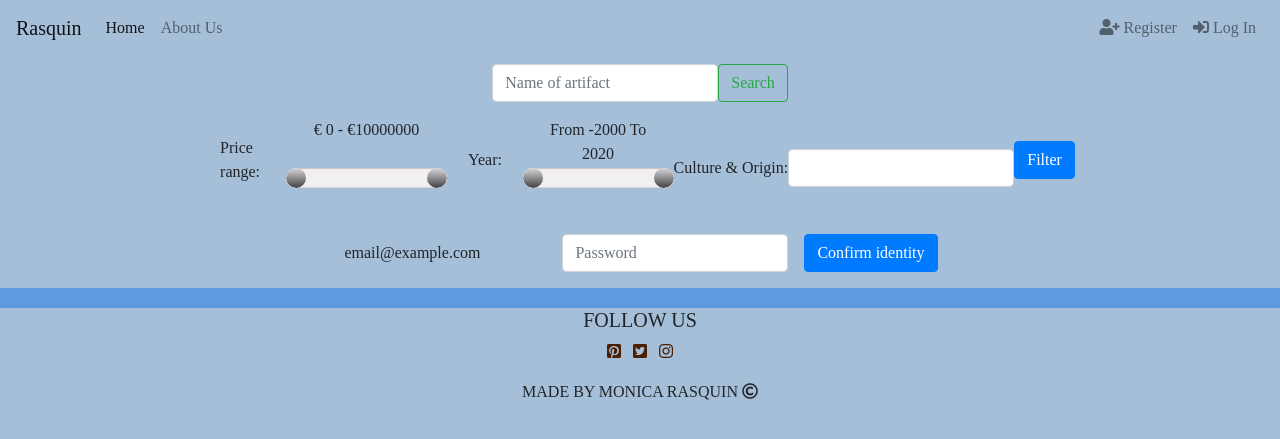
Repository: Rasquin/auction
Page: templates/base.html
The author's editor kept a record of every edit. The page is drawn from the files as they stood at one moment, then again after the next edit.
The browser window is 1280 px wide. The pictures show the whole page.
The template is drawn by Django 2.2. The application's start-up code is not run. Other server files are loaded and not shown. The template is opened directly, without the code that normally fills it, so the values that code supplies are empty.

Above is the page before.

### templates/base.html
<!DOCTYPE html>

{% load staticfiles %}

<html lang="en">

<head>
    <meta charset="UTF-8">
    <meta name="viewport" content="width=device-width, initial-scale=1.0">
    <meta http-equiv="X-UA-Compatible" content="ie=edge">

    <!-- Bootstrap compiled and minified CSS -->
    <link rel="stylesheet" href="https://stackpath.bootstrapcdn.com/bootstrap/4.3.1/css/bootstrap.min.css" integrity="sha384-ggOyR0iXCbMQv3Xipma34MD+dH/1fQ784/j6cY/iJTQUOhcWr7x9JvoRxT2MZw1T" crossorigin="anonymous">

    <!-- Font Awesome compiled and minified CSS -->
    <link rel="stylesheet" href="{% static 'font-awesome/css/all.css' %}">



    <!-- Own CSS -->
    <link rel="stylesheet" href="{% static 'css/mystyle.css' %}" type="text/css" />


    <!-- Own Scripts -->
    <script type="text/javascript" src="{% static 'js/myscript.js' %}"></script>

    <title>{% block page_title %}{% endblock %}</title>

</head>


<body>
    <!-- NavBar area -->
    <nav class="navbar navbar-expand-lg navbar-light bg-light">
        <!-- NavBar Brand-->
        <a class="navbar-brand" href="#">Rasquin</a>
        <button class="navbar-toggler" type="button" data-toggle="collapse" data-target="#navbarSupportedContent" aria-controls="navbarSupportedContent" aria-expanded="false" aria-label="Toggle navigation">
            <span class="navbar-toggler-icon"></span>
        </button>

        <div class="collapse navbar-collapse" id="navbarSupportedContent">
            <!-- NavBar Home & ABout-->
            <ul class="navbar-nav mr-auto">
                <li class="nav-item active">
                    <a class="nav-link" href="{% url 'index' %}">Home <span class="sr-only">(current)</span></a>
                </li>
                <li class="nav-item">
                    <a class="nav-link" href="{% url 'about' %}">About Us</a>
                </li>

            </ul>
            <!-- NavBar User status-->
            <ul class="navbar-nav navbar-right">
                    {% if user.is_authenticated %}
                        <li class="nav-item">
                            <a class="nav-link" href="{% url 'profile' %}"><i class="fa fa-user"></i> Profile</a>
                        </li>
                        <li class="nav-item">
                            <a class="nav-link" href="{% url 'logout' %}"><i class="fa fa-sign-out-alt"></i> Log Out</a>
                        </li>
                        <li class="nav-item">
                            <a class="nav-link" href="{% url 'view_my_biddings' %}"><i class="fas fa-gavel"></i>My Biddings </a>
                        </li>
                    {%  else %}
                        <li class="nav-item">
                            <a class="nav-link" href="{% url 'register' %}"><i class="fa fa-user-plus"></i> Register</a>
                        </li>
                        <li class="nav-item">
                            <a class="nav-link" href="{% url 'login' %}"><i class="fa fa-sign-in-alt"></i> Log In</a>
                        </li>
                    {% endif %}
                </ul>
        </div>
    </nav>

    <!-- Search & Filter area -->

    <!-- Search -->
    <nav class="navbar navbar-light bg-light justify-content-center">
        <form action="{% url 'search_by_name' %}" method="get" class="form-inline ">
            {% csrf_token %}
            <input type="text" class="form-control" id="artifact_name" name="artifact_name" required placeholder="Name of artifact">
            <button class="btn btn-outline-success  my-2 my-sm-0" type="search">Search</button>
        </form>
    </nav>


    <!-- Filters -->

    <nav class="navbar navbar-light bg-light justify-content-center">
        <form action="{% url 'filters' %}" method="get" class="form-inline">
            {% csrf_token %}
            <!-- Price Filter -->
            <div class="form-group" >
                <div class="col-12 col-md-4">
                    <p><label for="amount">Price range:</label></p>
                </div>
                <div class="col-12 col-md-8">
                    <section class="range-slider-price range-slider">
                        <span class="rangePriceValues rangeValues"></span>
                        <input value="0" min="0" max="10000000" step="2000" type="range" name="min_price">
                        <input value="10000000" min="0" max="10000000" step="2000" type="range" name="max_price">
                    </section>
                </div>
            </div>
            <!-- Year Filter -->
            <div class="form-group" >
                <div class="col-12 col-md-4">
                    <p><label for="amount">Year:</label></p>
                </div>
                <div class="col-12 col-md-8">
                    <section class="range-slider-year range-slider">

                        <span class="rangeYearValues"></span>
                        <input value="-2000" min="-2000" max="2020" step="20" type="range" name="min_year">
                        <input value="2020" min="-2000" max="2020" step="20" type="range" name="max_year">
                    </section>
                </div>
            </div>
            <!-- Origin Filter -->
            <div class="form-group" >

                    <label for="origin">Culture & Origin:</label>


                    <input type="text" class="form-control" id="artifact_origin" name="artifact_origin">

            </div>
            <!-- Filter Button -->
            <div class="form-group">
                <div class="row">
                    <div class="col-12 col-lg-1">
                        <p class="text-center">
                            <button class="btn btn-primary" type="search">Filter</button>
                        </p>
                    </div>
                </div>
            </div>

        </form>
    </nav>

    <nav class="navbar navbar-light bg-light justify-content-center">    <form class="form-inline">
            <div class="form-group mb-2">
                <label for="staticEmail2" class="sr-only">Email</label>
                <input type="text" readonly class="form-control-plaintext" id="staticEmail2" value="email@example.com">
            </div>
            <div class="form-group mx-sm-3 mb-2">
                <label for="inputPassword2" class="sr-only">Password</label>
                <input type="password" class="form-control" id="inputPassword2" placeholder="Password">
            </div>
            <button type="submit" class="btn btn-primary mb-2">Confirm identity</button>
        </form>
   </nav>

    {% block filter %}{% endblock %}

    <!-- Messages area -->
{% if messages %}
<div class="alert alert-success">
        <div class="messages">
            {% for message in messages %}
                {{ message }}
            {% endfor %}
        </div>
    </div>
{% endif %}

    <!-- Content area -->
    <div class="container-general">

        <!-- Block content area -->
        <div class="container-fluid">
            {% block content %} {% endblock %}
        </div>

    </div>

    <!-- Footer area -->
    <footer class="container-fluid">


        <!-- SOCIAL MEDIA-->
        <div class="row ">
            <div class="col-12 text-center">
                <h5 class="text-uppercase">Follow Us</h5>
                <ul class="list-inline social-links">
                    <li class="list-inline-item"><a href="#"><i class="fab fa-pinterest-square"  aria-hidden="true"></i></a></li>
                    <li class="list-inline-item"><a href="#"><i class="fab fa-twitter-square" aria-hidden="true"></i></a></li>
                    <li class="list-inline-item"><a href="#"><i class="fab fa-instagram" aria-hidden="true"></i></a></li>
                </ul>
            </div>
        </div>

        <!--COPYRIGHT-->
        <div class="row ">
            <div class="col-12">

                <p class="text-center text-uppercase">Made by Monica Rasquin <i class="far fa-copyright"></i> </p>
            </div>
        </div>
    </footer>


    <!-- Bootstrap compiled and minified JavaScript -->
    <script src="https://code.jquery.com/jquery-3.3.1.slim.min.js" integrity="sha384-q8i/X+965DzO0rT7abK41JStQIAqVgRVzpbzo5smXKp4YfRvH+8abtTE1Pi6jizo" crossorigin="anonymous"></script>
    <script src="https://cdnjs.cloudflare.com/ajax/libs/popper.js/1.14.7/umd/popper.min.js" integrity="sha384-UO2eT0CpHqdSJQ6hJty5KVphtPhzWj9WO1clHTMGa3JDZwrnQq4sF86dIHNDz0W1" crossorigin="anonymous"></script>
    <script src="https://stackpath.bootstrapcdn.com/bootstrap/4.3.1/js/bootstrap.min.js" integrity="sha384-JjSmVgyd0p3pXB1rRibZUAYoIIy6OrQ6VrjIEaFf/nJGzIxFDsf4x0xIM+B07jRM" crossorigin="anonymous"></script>
    {% block head_js %} {% endblock %}

</body>
</html>

### static/js/myscript.js
//--------------------------------------Slider for Prices filter
function getPriceVals() {
    // Get slider price values
    var parent = this.parentNode;
    var slides = parent.getElementsByTagName("input");
    var slide1 = parseFloat(slides[0].value);
    var slide2 = parseFloat(slides[1].value);
    // Neither slider will clip the other, so make sure we determine which is larger
    if (slide1 > slide2) { var tmp = slide2;
        slide2 = slide1;
        slide1 = tmp; }

    var displayElement = parent.getElementsByClassName("rangePriceValues")[0];
    displayElement.innerHTML = "€ " + slide1 + " - €" + slide2;
}

//--------------------------------------Slider for Year filter
function getYearVals() {
    // Get Year slider values
    var parent = this.parentNode;
    var slides = parent.getElementsByTagName("input");
    var slide1 = parseFloat(slides[0].value);
    var slide2 = parseFloat(slides[1].value);
    // Neither slider will clip the other, so make sure we determine which is larger
    if (slide1 > slide2) { var tmp = slide2;
        slide2 = slide1;
        slide1 = tmp; }

    var displayElement = parent.getElementsByClassName("rangeYearValues")[0];
    displayElement.innerHTML = "From " + slide1 + " To " + slide2;
}

//----------------------------------------------- Initialize Sliders
window.onload = function() {
    // For Price
    var sliderSectionsPrice = document.getElementsByClassName("range-slider-price");
    for (var x = 0; x < sliderSectionsPrice.length; x++) {
        var slidersPrice = sliderSectionsPrice[x].getElementsByTagName("input");
        for (var y = 0; y < slidersPrice.length; y++) {
            if (slidersPrice[y].type === "range") {
                slidersPrice[y].oninput = getPriceVals;
                // Manually trigger event first time to display values
                slidersPrice[y].oninput();
            }
        }
    }
    // For Year
    var sliderSectionsYear = document.getElementsByClassName("range-slider-year");
    for (var x = 0; x < sliderSectionsYear.length; x++) {
        var slidersYear = sliderSectionsYear[x].getElementsByTagName("input");
        for (var y = 0; y < slidersYear.length; y++) {
            if (slidersYear[y].type === "range") {
                slidersYear[y].oninput = getYearVals;
                // Manually trigger event first time to display values
                slidersYear[y].oninput();
            }
        }
    }
}

Loaded but not shown: static/font-awesome/css/all.css (library); static/css/mystyle.css (common file)

After the next edit:
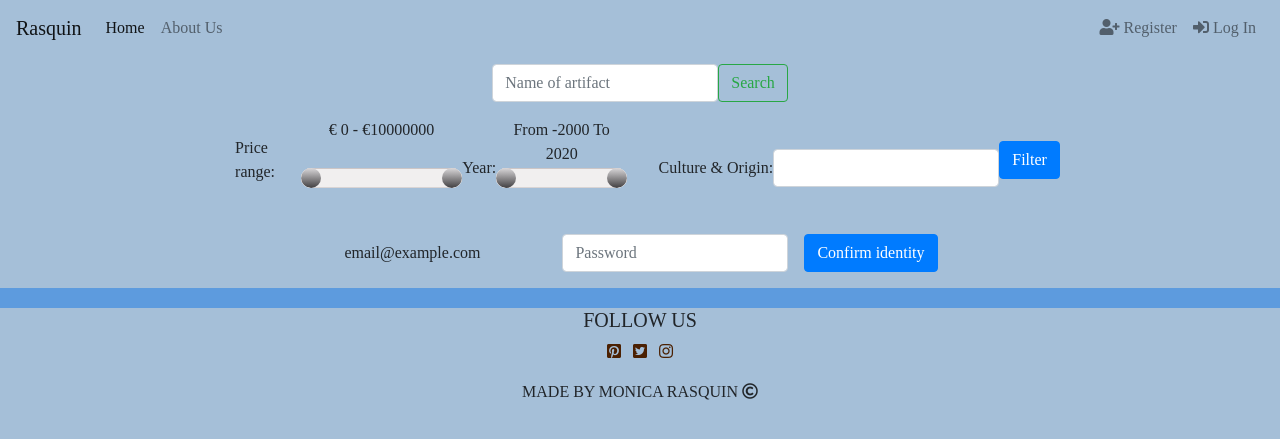
The edit:
--- a/templates/base.html
+++ b/templates/base.html
@@ -105,9 +105,8 @@
             </div>
             <!-- Year Filter -->
             <div class="form-group" >
-                <div class="col-12 col-md-4">
-                    <p><label for="amount">Year:</label></p>
-                </div>
+                <label for="amount">Year:</label>
+
                 <div class="col-12 col-md-8">
                     <section class="range-slider-year range-slider">
 
